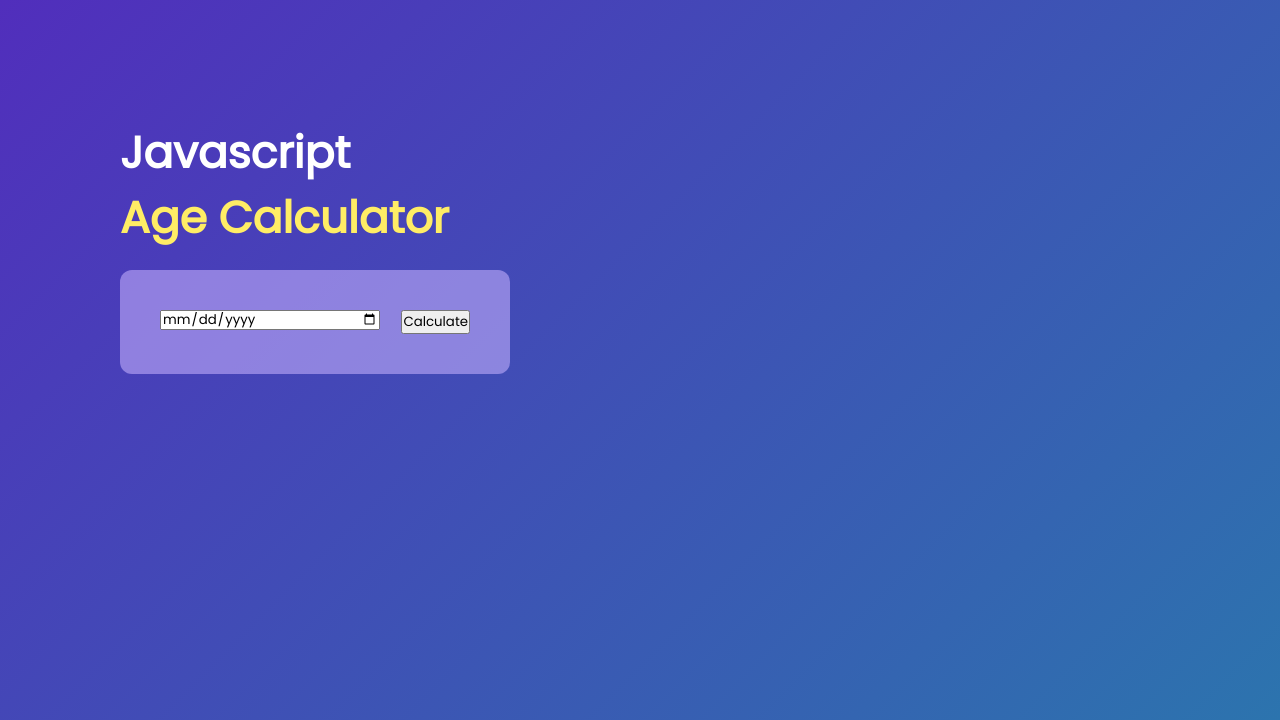
Repository: Ankitkr2021/Age-Calculator
Page: index.html
These files come from the project's save history. The page is drawn as it stood at one moment and after the next save; the edit follows.
The browser window is 1280 px wide. The pictures show the whole page.

Above is the page before, as saved 2025-10-05 10:28:26.

### index.html
<!DOCTYPE html>
<html lang="en">
<head>
    <meta charset="UTF-8">
    <meta name="viewport" content="width=device-width, initial-scale=1.0">
    <title>Age Calculator</title>
    <link rel="stylesheet" href="./style.css">
</head>
<body>
    <div class="main">
        <h1 class="js">Javascript</h1>
        <h1 class="age">Age Calculator</h1>
        <div class="box">
            <input type="date">
             <button>Calculate</button>
        </div>
    </div>
</body>
</html>

### style.css
@import url("https://fonts.googleapis.com/css2?family=Poppins&display=swap");

*{
    margin: 0;
    padding: 0;
    box-sizing: border-box;
    font-family: "Poppins",sans-serif;
}

body{
    height: 100vh;
    width: 100%;
    background: linear-gradient(135deg, rgb(81, 46, 188), rgb(44, 116, 174));
}

.main{
    /* background: #fff; */
    width: 550px;
    padding: 40px;
}

.js{
    padding-top: 80px;
    padding-left: 80px;
    color: #fff;
    font-size: 44px;
    font-weight: 800;
}

.age{
    /* padding-top: 80px; */
    padding-left: 80px;
    color: #ffed65;
    font-size: 44px;
    font-weight: 800;
}

.box {
    display: flex;
    justify-content: space-between;
    background: #fff;
    padding: 40px;
    margin-top: 20px;
    margin-left: 80px;
    background: #c8b2ff8f;
    border-radius: 12px;
}

input {
    width: 220px;
    height: 20px;
}

After the next save:
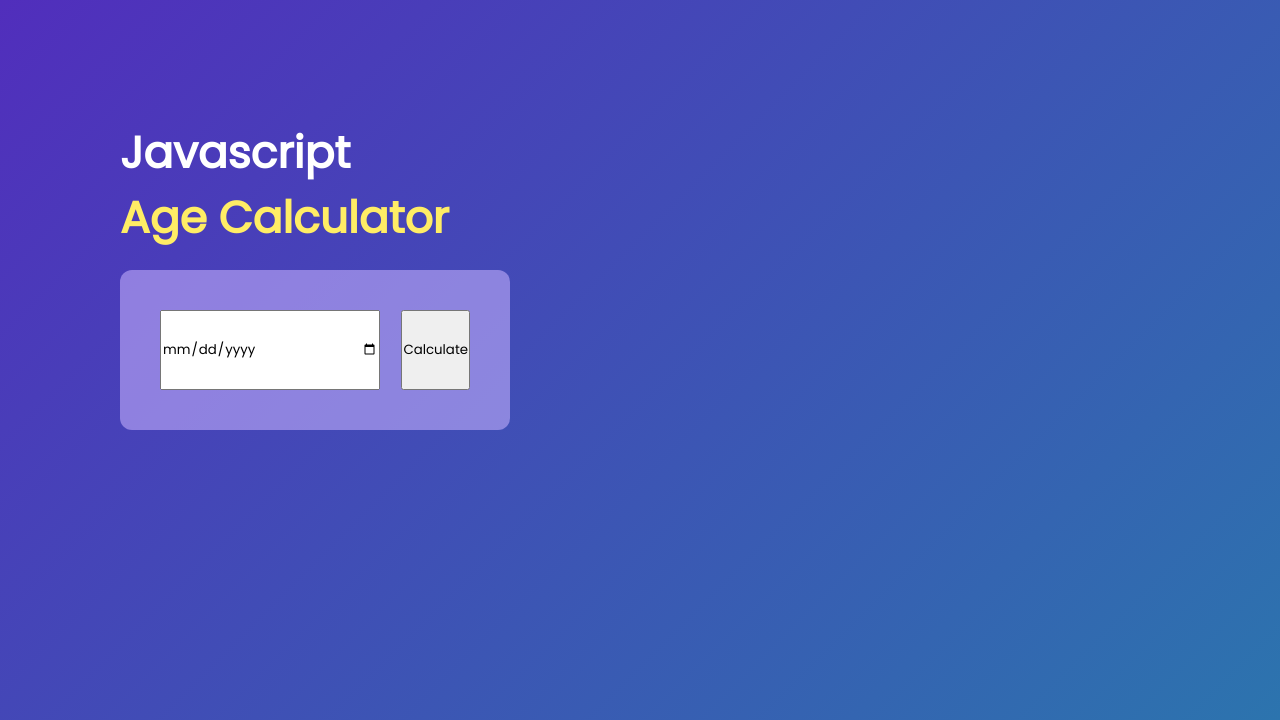
Saved 4 s later.
--- a/style.css
+++ b/style.css
@@ -48,5 +48,5 @@
 
 input {
     width: 220px;
-    height: 20px;
+    height: 80px;
 }
